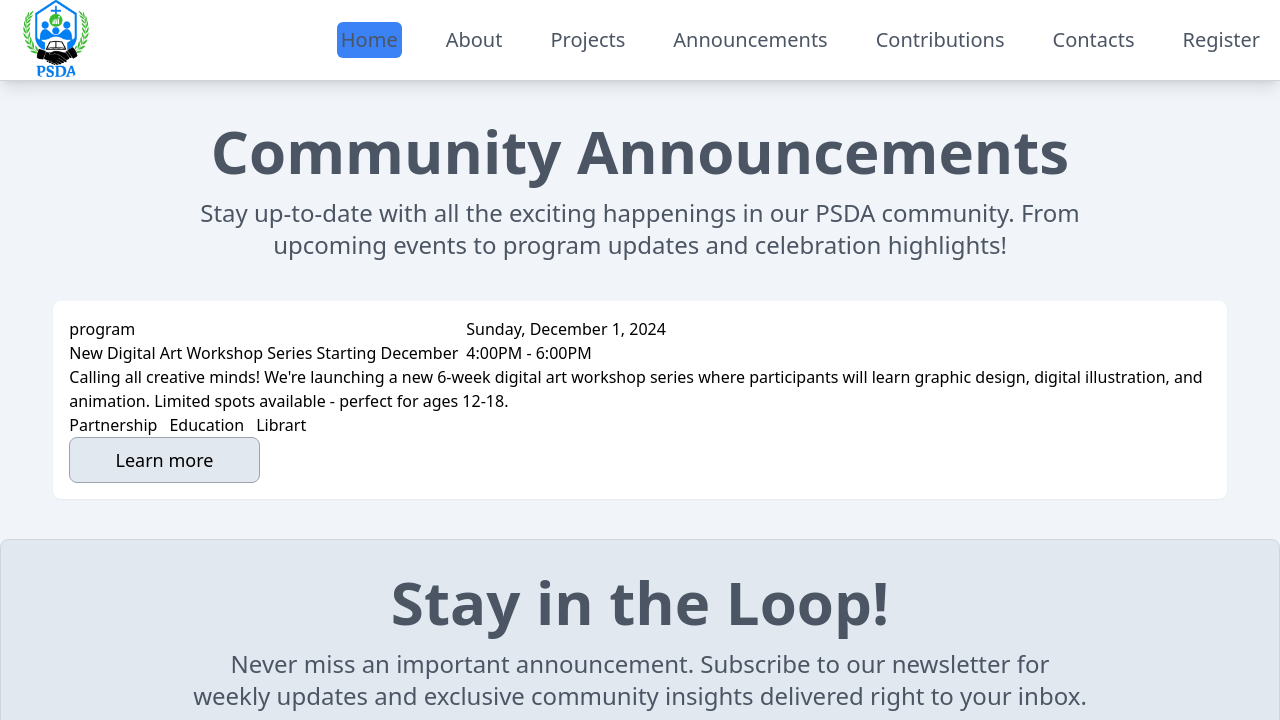
Repository: Zedestar/psda
Page: /announcements
An editor plug-in stored every save of this project. The page is shown before and after the next save, followed by the edit.
The browser window is 1280 px wide. The pictures show the whole page.
An inner scrolling area shows only its first screen. The project was rebuilt for these pictures with package versions that can differ from the ones it lists, and the page was loaded fresh each time. Also part of the build but not shown: src/components/cards/primary-card.jsx, src/components/cards/two-lines-card.jsx, src/components/homepic/index.jsx, src/pages/home/what-we-do.js, src/pages/home/home.jsx, src/components/cards/leaders-card.jsx, src/components/cards/secondary-card.jsx, src/pages/about/about-us-data.js and 13 more.

Above is the page before, as saved 2025-07-21 19:11:31.

### public/index.html
<!DOCTYPE html>
<html lang="en">
  <head>
    <meta charset="utf-8" />
    <link rel="icon" href="%PUBLIC_URL%/favicon.ico" />
    <meta name="viewport" content="width=device-width, initial-scale=1" />
    <meta name="theme-color" content="#000000" />
    <meta
      name="description"
      content="Web site created using create-react-app"
    />
    <!-- <link rel="apple-touch-icon" href="%PUBLIC_URL%/psdaImage.png" /> -->
    <!-- <link rel="manifest" href="%PUBLIC_URL%/manifest.json" /> -->

    <title>psda</title>
  </head>
  <body>
    <noscript>You need to enable JavaScript to run this app.</noscript>
    <div id="root"></div>

  </body>
</html>

### src/index.js
import React from "react";
import ReactDOM from "react-dom/client";
import App from "./App";
import "./index.css";
import { BrowserRouter } from "react-router-dom";

const root = ReactDOM.createRoot(document.getElementById("root"));
root.render(
  <BrowserRouter>
    <React.StrictMode>
      <App />
    </React.StrictMode>
  </BrowserRouter>
);

### src/App.js
import { Route, Routes } from "react-router-dom";
import Header from "./components/header/header";
import Home from "./pages/home/home";
import AboutPage from "./pages/about/about";
import Projects from "./pages/projects/projects";
import Announcements from "./pages/announcements/announcements";
import Contributions from "./pages/contirbutions/contributions";
import Contacts from "./pages/contacts/contacts";
import Register from "./pages/register/register.jsx";

function App() {
  return (
    <div className="flex flex-col items-center flex-center h-screen  bg-slate-100">
      <Header />
      <Routes>
        <Route path="/" element={<Home />} />
        <Route path="/about" element={<AboutPage />} />
        <Route path="/projects" element={<Projects />} />
        <Route path="/announcements" element={<Announcements />} />
        <Route path="/contributions" element={<Contributions />} />
        <Route path="/contact" element={<Contacts />} />
        <Route path="/register" element={<Register />} />
      </Routes>
    </div>
  );
}

export default App;

### src/components/header/header.jsx
import { useState } from "react";
import headerData from "./header-data";
import HeaderItem from "./header-item";
import psdaImage from "../../assets/images/psdaImage.png";

function Header() {
  const [active, setActive] = useState(1);
  return (
    <div className="w-full flex justify-center shadow-lg bg-white">
      <header className="w-full flex items-center justify-between px-4  border-b border-b-gray-300 max-w-screen-2xl">
        <div className="text-3xl rounded-full overflow-hidden">
          <img className="h-20 w-20" src={psdaImage} alt="" />
        </div>{" "}
        <ul className="hidden lg:flex justify-center py-5 space-x-10 flex-center">
          {headerData.map((item) => (
            <HeaderItem
              key={item.id}
              item={item}
              active={active}
              setActive={setActive}
            />
          ))}
        </ul>
        <ul className="lg:hidden">
          <li>miaaa</li>
          <li>miaaa</li>
          <li>miaaa</li>
          <li>miaaa</li>
          <li>miaaa</li>
        </ul>
      </header>
    </div>
  );
}

export default Header;

### src/pages/announcements/announcements.jsx
import Container from "../../components/container";
import MinContainer from "../../components/min-container/min-container.jsx";
import MinContianerInsideContent from "../../components/min-container/min-container-inside-content.jsx";
import announcements_face_card_data from "./announcemntes.-face-card-data.js";
import stay_updated_content_data from "./stay-updated-content-data.js";
import FaceCard from "../../components/cards/face-card";
import FullRoundedButton from "../../components/button/full-rounded-button.jsx";
import AnnouncementCard from "../../components/cards/announcement-card.jsx";

function Announcements() {
  return (
    <Container>
      {announcements_face_card_data.map((item) => (
        <FaceCard item={item} />
      ))}
      <AnnouncementCard />
      <MinContainer>
        {stay_updated_content_data.map((item) => (
          <FaceCard item={item} />
        ))}
        <MinContianerInsideContent>
          <form className="flex">
            <input
              className="rounded-full border-2 border-gray-400 text-xl flex items-center justify-center active:border-blue-400 "
              placeholder="Enter your email"
            />
            <FullRoundedButton text={"Subscribe"} />
          </form>
        </MinContianerInsideContent>
      </MinContainer>
    </Container>
  );
}

export default Announcements;

### src/components/header/header-data.js
const headerData = [
  {
    id: 1,
    content: "Home",
    link: "/",
  },
  {
    id: 2,
    content: "About",
    link: "/about",
  },
  {
    id: 3,
    content: "Projects",
    link: "/projects",
  },
  {
    id: 4,
    content: "Announcements",
    link: "/announcements",
  },
  {
    id: 5,
    content: "Contributions",
    link: "/contributions",
  },
  {
    id: 6,
    content: "Contacts",
    link: "/contact",
  },
  {
    id: 7,
    content: "Register",
    link: "/register",
  },
];

export default headerData;

### src/components/header/header-item.jsx
import { Link } from "react-router-dom";

function HeaderItem({ item, active, setActive }) {
  console.log(active);
  return (
    <li
      className={`p-1 rounded-md text-xl text-gray-600 font-gray-100 hover:bg-gray-200 transition cursor-pointer ${
        item.id === active ? "bg-blue-500" : ""
      }`}
      onClick={() => setActive(item.id)}
    >
      <Link to={item.link}>{item.content}</Link>
    </li>
  );
}

export default HeaderItem;

### src/pages/home/psda-highlights.js
import {
  FaUsers,
  FaPalette,
  FaLaptopCode,
  //   GiProgression,
  FaChild,
} from "react-icons/fa";

const psdaHighlights = [
  {
    id: 1,
    title: "Community Building",
    content:
      "We connect young people to form lasting friendships and supportive peer networks that strengthen communities.",
    icon: <FaUsers className="text-4xl text-blue-400" />,
    color: "bg-blue-50",
    text_color: "text-gray-500",
  },
  {
    id: 2,
    title: "Creative Projects",
    content:
      "Our programs encourage hands-on learning through art, technology, and community improvement initiatives.",
    icon: <FaPalette className="text-4xl text-blue-400" />,
    color: "bg-blue-50",
    text_color: "text-gray-500",
  },
  {
    id: 3,
    title: "Character Development",
    content:
      "We help children build confidence, leadership skills, and positive values that prepare them for life’s challenges.",
    icon: <FaLaptopCode className="text-4xl text-blue-400" />,
    color: "bg-blue-50",
    text_color: "text-gray-500",
  },
  {
    id: 4,
    title: "Achievement Recognition",
    content:
      "We celebrate every milestone and accomplishment to inspire pride, motivation, and continued growth.",
    icon: <FaChild className="text-4xl text-blue-400" />,
    color: "bg-blue-50",
    text_color: "text-gray-500",
  },
];

export default psdaHighlights;

### src/components/button/full-rounded-button.jsx
function FullRoundedButton({ text, bgColor, textColor, onClick }) {
  return (
    <button
      className={`${bgColor} p-4 mx-4 ${textColor} text-2xl border border-gray-50 rounded-full hover:scale-105 transition duration:300`}
      onClick={onClick}
    >
      {text}{" "}
    </button>
  );
}

export default FullRoundedButton;

### src/components/cards/face-card.jsx
function FaceCard({ item }) {
  return (
    <div className="space-y-4 flex flex-col items-center justify-center">
      <p className="text-6xl w-[80%] font-bold text-gray-600 text-center">
        {item.title}
      </p>
      <p className="text-2xl w-[70%] text-center text-gray-600">
        {item.description}
      </p>
    </div>
  );
}

export default FaceCard;

### src/components/container/index.jsx
function Container({ children }) {
  return (
    <div className="w-full h-full flex justify-center overflow-x-scroll">
      <div className="w-full h-full py-10 space-y-10 max-w-screen-2xl flex flex-col items-center">
        {children}
      </div>
    </div>
  );
}

export default Container;

### src/pages/about/core-objective-goals-data.js
import {
  AiOutlineTeam,
  AiOutlineBulb,
  AiOutlineTool,
  AiOutlineStar,
  AiOutlineGift,
} from "react-icons/ai";

const core_objectives_data = [
  {
    id: 1,
    title: "Fellowship and Networking",
    content:
      "To foster strong, lasting relationships among pastors' children by encouraging unity, love, and mutual support within the community.",
    icon: <AiOutlineTeam className="text-4xl text-teal-500" />,
    color: "bg-teal-50",
    text_color: "text-teal-500",
  },
  {
    id: 2,
    title: "Opportunity Awareness",
    content:
      "To actively seek out and share opportunities for growth, development, and advancement—both spiritually and economically.",
    icon: <AiOutlineBulb className="text-4xl text-purple-500" />,
    color: "bg-purple-50",
    text_color: "text-purple-500",
  },
  {
    id: 3,
    title: "Problem Solving",
    content:
      "To openly discuss and confront common challenges we face as a community, and work hand in hand to find sustainable solutions.",
    icon: <AiOutlineTool className="text-4xl text-yellow-500" />,
    color: "bg-yellow-50",
    text_color: "text-yellow-500",
  },
  {
    id: 4,
    title: "Talent Discovery & Development",
    content:
      "To identify, nurture, and empower the God-given talents within us, enabling every member to reach their full potential.",
    icon: <AiOutlineStar className="text-4xl text-pink-500" />,
    color: "bg-pink-50",
    text_color: "text-pink-500",
  },
  {
    id: 5,
    title: "Support for Our Parents",
    content:
      "To express gratitude and honor our pastoral parents by supporting them in practical ways—spiritually, emotionally, and materially.",
    icon: <AiOutlineGift className="text-4xl text-red-500" />,
    color: "bg-red-50",
    text_color: "text-red-500",
  },
];

export default core_objectives_data;

### src/pages/about/mission-vission-impact.js
import { AiOutlineAim, AiOutlineEye, AiOutlineHeart } from "react-icons/ai";

const mission_vission_impact_data = [
  {
    id: 1,
    title: "Our mission",
    content:
      "We envision a generation of spiritually grounded, socially responsible, and purpose-driven leaders from pastoral families who carry forward a legacy of faith, compassion, and community influence.",

    icon: <AiOutlineAim className="text-4xl text-green-500" />,
    color: "bg-green-50",
    text_color: "text-green-500",
  },
  {
    id: 2,
    title: "Our vision",
    content:
      "We exist to empower pastors’ children through mentorship, discipleship, skill-building, and fellowship—equipping them to thrive in every area of life and fulfill their divine calling.",
    icon: <AiOutlineEye className="text-4xl text-blue-500" />,
    color: "bg-blue-50",
    text_color: "text-blue-500",
  },
  {
    id: 3,
    title: "Our impact",
    content:
      "Through impactful programs and community-building initiatives, P.S.D.A. is restoring identity, building leadership, and inspiring pastors’ children to walk boldly in purpose while honoring their heritage.",
    icon: <AiOutlineHeart className="text-4xl text-orange-400" />,
    color: "bg-orange-50",
    text_color: "text-orange-500",
  },
];

export default mission_vission_impact_data;

### src/components/min-container/min-container.jsx
function MinContaier({ children }) {
  return (
    <div className="bg-slate-200 py-8 rounded-lg space-y-4 hover:shadow-xl border border-gray-300 transition">
      {children}
    </div>
  );
}

export default MinContaier;

### src/components/min-container/min-container-inside-content.jsx
function MinContianerInsideContent({ children }) {
  return (
    <div className="flex items-center justify-center my-2">{children}</div>
  );
}

export default MinContianerInsideContent;

### src/pages/announcements/announcemntes.-face-card-data.js
const announcements_face_card_data = [
  {
    title: "Community Announcements",
    description:
      "Stay up-to-date with all the exciting happenings in our PSDA community. From upcoming events to program updates and celebration highlights!",
  },
];

export default announcements_face_card_data;

### src/pages/announcements/stay-updated-content-data.js
const stay_updated_content_data = [
  {
    title: "Stay in the Loop!",
    description:
      "Never miss an important announcement. Subscribe to our newsletter for weekly updates and exclusive community insights delivered right to your inbox.",
  },
];

export default stay_updated_content_data;

### src/components/cards/announcement-card.jsx
function AnnouncementCard() {
  return (
    <div className="flex flex-col bg-white mx-4 p-4 rounded-lg shadow-sm hover:shadow-lg hover:scale-105 transition w-11/12">
      <div className="flex space-x-2">
        <div>
          <p>program</p>
          <p>New Digital Art Workshop Series Starting December</p>
        </div>
        <div>
          <p>Sunday, December 1, 2024</p>
          <p>4:00PM - 6:00PM</p>
        </div>
      </div>
      <div>
        <p>
          Calling all creative minds! We're launching a new 6-week digital art
          workshop series where participants will learn graphic design, digital
          illustration, and animation. Limited spots available - perfect for
          ages 12-18.
        </p>
      </div>
      <div className="flex space-x-3">
        <p>Partnership</p>
        <p>Education</p>
        <p>Librart</p>
      </div>
      <button className="w-2/12 py-2 rounded-lg text-lg bg-slate-200 hover:bg-blue-400 transition border border-gray-400">
        Learn more{" "}
      </button>
    </div>
  );
}

export default AnnouncementCard;

### tailwind.config.js
/** @type {import('tailwindcss').Config} */
module.exports = {
  content: ["./src/**/*.{js,jsx,ts,tsx}"],
  theme: {
    extend: {
      colors: {
        psdaGreen: "#1A8F57",
      },
    },
  },
  plugins: [],
};

Loaded but not shown: src/index.css (common file); src/components/homepic/index.css (no stored copy; drawn as an empty file)

After the next save:
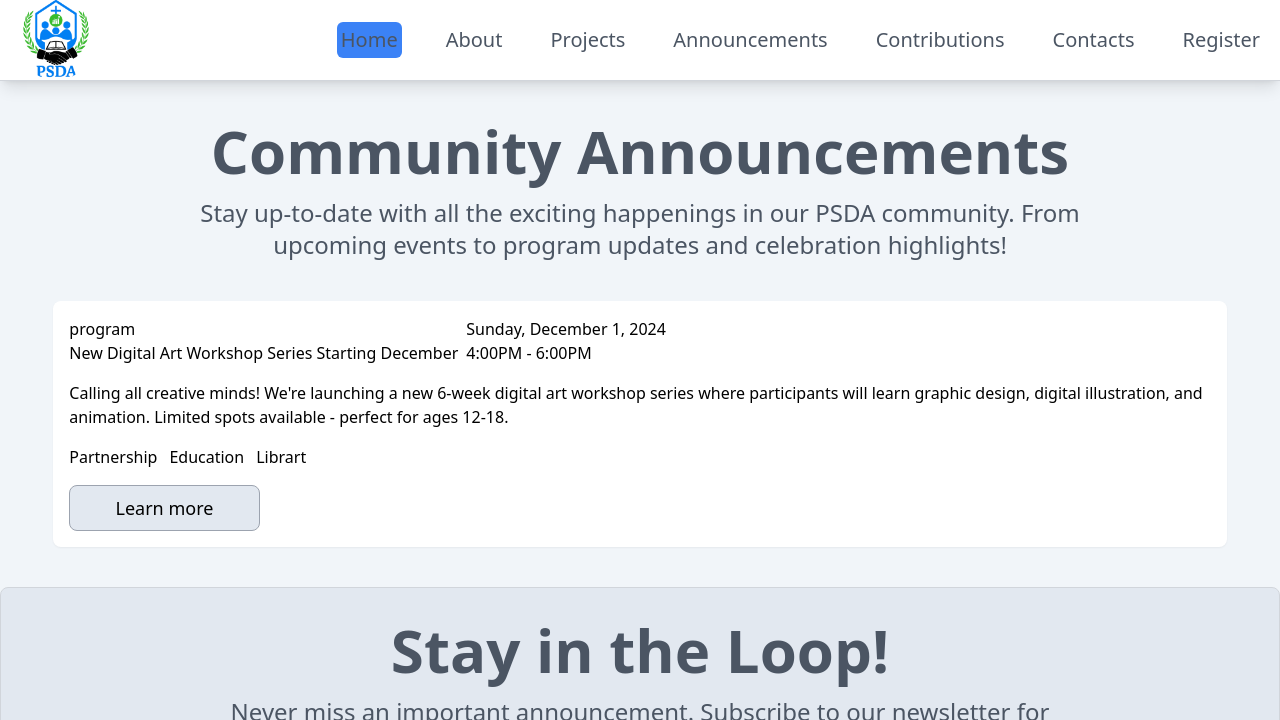
Saved 30 s later.
--- a/src/components/cards/announcement-card.jsx
+++ b/src/components/cards/announcement-card.jsx
@@ -1,6 +1,6 @@
 function AnnouncementCard() {
   return (
-    <div className="flex flex-col bg-white mx-4 p-4 rounded-lg shadow-sm hover:shadow-lg hover:scale-105 transition w-11/12">
+    <div className="flex flex-col bg-white mx-4 p-4 rounded-lg shadow-sm hover:shadow-lg hover:scale-105 transition w-11/12 space-y-4">
       <div className="flex space-x-2">
         <div>
           <p>program</p>
